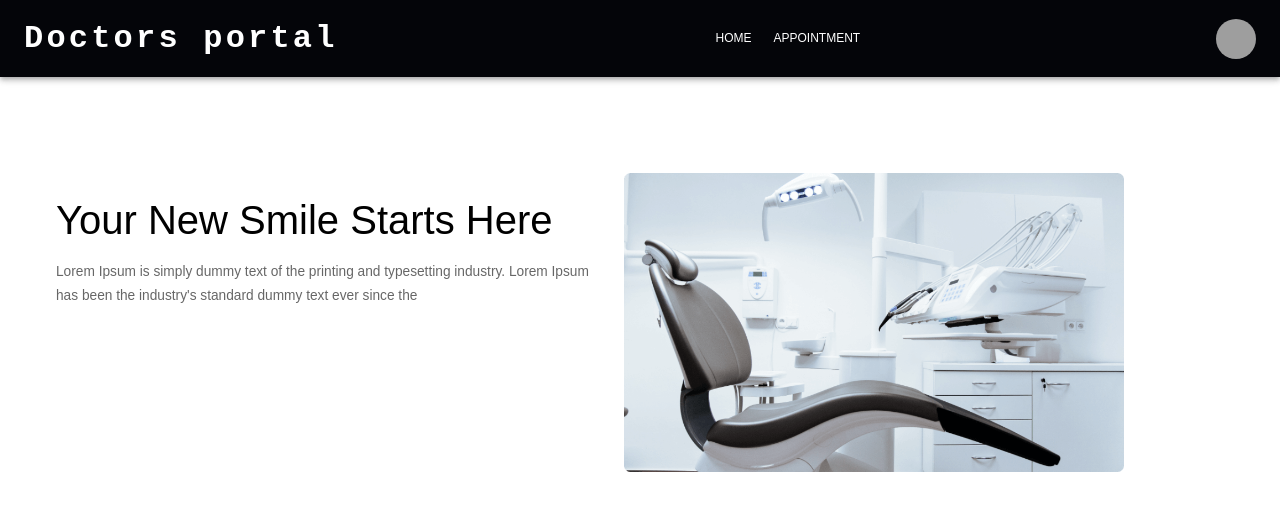
Repository: mdrubel02/health-care
Page: /
An editor plug-in stored every save of this project. The page is shown before and after the next save, followed by the edit.
The browser window is 1280 px wide. The pictures show the whole page.
Pictures or frames that could not be fetched are drawn as grey boxes. The project was rebuilt for these pictures with package versions that can differ from the ones it lists, and the page was loaded fresh each time. Also part of the build but not shown: src/Pages/Appointment/Appointment.js.

Above is the page before, as saved 2022-11-15 10:37:03.

### src/index.js
import React from 'react';
import ReactDOM from 'react-dom';
import './index.css';
import App from './App';
import reportWebVitals from './reportWebVitals';
import { ColorContextProvider } from './Theme/Theme';

ReactDOM.render(
  <React.StrictMode>
    <ColorContextProvider>
      <App />
    </ColorContextProvider>
  </React.StrictMode>,
  document.getElementById('root')
);

// If you want to start measuring performance in your app, pass a function
// to log results (for example: reportWebVitals(console.log))
// or send to an analytics endpoint. Learn more: https://bit.ly/CRA-vitals
reportWebVitals();

### src/App.js
import { RouterProvider } from 'react-router-dom';
import router from './Layout/router';

function App() {
  return (
    <div>
     <RouterProvider router={router}></RouterProvider>
    </div>
  );
}

export default App;

### src/Theme/Theme.js
import { createTheme, ThemeProvider } from "@mui/material";
import { createContext, useMemo, useState } from "react";

// color design tokens export
export const DrawerWidth = 250;
export const tokens = (mode) => ({
    ...(mode === "dark"
        ? {
            grey: {
                100: "#e0e0e0",
                200: "#c2c2c2",
                300: "#a3a3a3",
                400: "#858585",
                500: "#666666",
                600: "#525252",
                700: "#3d3d3d",
                800: "#292929",
                900: "#141414",
            },
            primary: {
                100: "#d0d1d5",
                200: "#a1a4ab",
                300: "#727681",
                400: "#1F2A40",
                500: "#141b2d",
                600: "#101624",
                700: "#0c101b",
                800: "#080b12",
                900: "#040509",
            },
            greenAccent: {
                100: "#dbf5ee",
                200: "#b7ebde",
                300: "#94e2cd",
                400: "#70d8bd",
                500: "#4cceac",
                600: "#3da58a",
                700: "#2e7c67",
                800: "#1e5245",
                900: "#0f2922",
            },
            redAccent: {
                100: "#f8dcdb",
                200: "#f1b9b7",
                300: "#e99592",
                400: "#e2726e",
                500: "#db4f4a",
                600: "#af3f3b",
                700: "#832f2c",
                800: "#58201e",
                900: "#2c100f",
            },
            blueAccent: {
                100: "#e1e2fe",
                200: "#c3c6fd",
                300: "#a4a9fc",
                400: "#868dfb",
                500: "#6870fa",
                600: "#535ac8",
                700: "#3e4396",
                800: "#2a2d64",
                900: "#151632",
            },
        }
        : {
            grey: {
                100: "#141414",
                200: "#292929",
                300: "#3d3d3d",
                400: "#525252",
                500: "#666666",
                600: "#858585",
                700: "#a3a3a3",
                800: "#c2c2c2",
                900: "#e0e0e0",
            },
            primary: {
                100: "#040509",
                200: "#080b12",
                300: "#0c101b",
                400: "#f2f0f0", // manually changed
                500: "#141b2d",
                600: "#1F2A40",
                700: "#727681",
                800: "#a1a4ab",
                900: "#d0d1d5",
            },
            greenAccent: {
                100: "#0f2922",
                200: "#1e5245",
                300: "#2e7c67",
                400: "#3da58a",
                500: "#4cceac",
                600: "#70d8bd",
                700: "#94e2cd",
                800: "#b7ebde",
                900: "#dbf5ee",
            },
            redAccent: {
                100: "#2c100f",
                200: "#58201e",
                300: "#832f2c",
                400: "#af3f3b",
                500: "#db4f4a",
                600: "#e2726e",
                700: "#e99592",
                800: "#f1b9b7",
                900: "#f8dcdb",
            },
            blueAccent: {
                100: "#151632",
                200: "#2a2d64",
                300: "#3e4396",
                400: "#535ac8",
                500: "#6870fa",
                600: "#868dfb",
                700: "#a4a9fc",
                800: "#c3c6fd",
                900: "#e1e2fe",
            },
        }),
});

// mui theme settings
export const themeSettings = (mode) => {
    const colors = tokens(mode);
    return {
        palette: {
            mode: mode,
            ...(mode === "dark"
                ? {
                    // palette values for dark mode
                    primary: {
                        main: colors.primary[500],
                    },
                    secondary: {
                        main: colors.greenAccent[500],
                    },
                    neutral: {
                        dark: colors.grey[700],
                        main: colors.grey[500],
                        light: colors.grey[100],
                    },
                    background: {
                        default: colors.primary[500],
                    },
                }
                : {
                    // palette values for light mode
                    primary: {
                        main: colors.primary[100],
                    },
                    secondary: {
                        main: colors.greenAccent[500],
                    },
                    neutral: {
                        dark: colors.grey[700],
                        main: colors.grey[500],
                        light: colors.grey[100],
                    },
                    background: {
                        default: "#fcfcfc",
                    },
                }),
        },
        components: {

            MuiButton: {
                defaultProps: {
                    disableRipple: true,
                    disableElevation: true,
                    styleOverrides: {
                        textDecoration: 'none',
                        "&:hover": {
                            color: "#fff"
                        }
                    },
                },
                MuiTooltip: {
                    defaultProps: {
                      arrow: true,
                    },
                    styleOverrides: {
                      tooltip: {
                        background: '',
                      },
                      arrow: {
                        color: '',
                      },
                    },
                  },
            },
            MuiDrawer: {
                styleOverrides: {
                  paper: {
                    width: DrawerWidth,
                    background: '',
                    color: '',
                    borderRadius: '0px 100px 0px 0px',
                    borderRight: `1px solid `
                  }
                }
              },
              MuiDivider: {
                styleOverrides: {
                  root: {
                    borderColor: 'gray'
                  }
                }
              },
        },
        typography: {
            fontFamily: ["Source Sans Pro", "sans-serif"].join(","),
            fontSize: 12,
            h1: {
                fontFamily: ["Source Sans Pro", "sans-serif"].join(","),
                fontSize: 40,
            },
            h2: {
                fontFamily: ["Source Sans Pro", "sans-serif"].join(","),
                fontSize: 32,
            },
            h3: {
                fontSize: '1.3rem',
                letterSpacing: '0rem',
                '@media (min-width:600px)': {
                  fontSize: '2rem',
                },
            },
            h4: {
                fontFamily: ["Source Sans Pro", "sans-serif"].join(","),
                fontSize: 20,
            },
            h5: {
                fontFamily: ["Source Sans Pro", "sans-serif"].join(","),
                fontSize: 16,
            },
            h6: {
                fontFamily: ["Source Sans Pro", "sans-serif"].join(","),
                fontSize: 14,
            },
        },
    };
};

export const ColorModeContext = createContext({
    toggleMode: () => { },
    mode: "light"
})


export const ColorContextProvider = ({ children }) => {
    const [mode, setMode] = useState("light")

    const colorMode = useMemo(() => ({
        toggleMode: () => setMode(prevMode => prevMode === "light" ? "dark" : "light"),
        mode
    }), [mode])
    const theme = useMemo(() => createTheme(themeSettings(mode)), [mode]);

    return (
        <ColorModeContext.Provider value={colorMode}>
            <ThemeProvider theme={theme}>
                {children}
            </ThemeProvider>
        </ColorModeContext.Provider>
    )
}

### src/Layout/router.js
import { createBrowserRouter } from "react-router-dom";
import Appointment from "../Pages/Appointment/Appointment";
import Home from "../Pages/Home/Home";
import Main from "./Main";


const router = createBrowserRouter([{
    path: '/',
    element: <Main/>,
    children: [
        {path: '/',element: <Home/>},
        {path: '/home',element: <Home/>},
        {path: '/appointment',element: <Appointment/>},
    ]
}])
export default router;

### src/Pages/Home/Home.js
import { Container } from '@mui/material';
import React from 'react';
import Banner from './Banner/Banner';

const Home = () => {
    return (
        <Container>
           <Banner />
        </Container>
    );
};

export default Home;

### src/Layout/Main.js
import React from 'react';
import { Outlet } from 'react-router-dom';
import Header from '../Pages/Header/Header';

const Main = () => {
    return (
        <div>
           <Header/>
           <Outlet/>

        </div>
    );
};

export default Main;

### src/Pages/Home/Banner/Banner.js
import React from 'react';
import { Box, CardContent, CardMedia, Grid, Typography } from '@mui/material';
import chair from '../../../assets/images/chair.png'

const Banner = () => {
    return (
        <Box sx={{  marginTop: '8rem', marginBottom: '3rem' }}>
            <Grid sx={{ flexGrow: 2}} container spacing={4}  >
                <Grid xs={12} md={12} lg={6}>
                    <Box sx={{ padding: '.5rem' }}>
                        <CardContent sx={{ flex: '1 0 auto' }}>
                            <Typography component="div" variant="h1" marginBottom='1rem'>
                                Your New Smile Starts Here
                            </Typography>
                            <Typography variant="subtitle1" color="text.secondary" component="p" sx={{marginBottom: '1rem'}}>
                                Lorem Ipsum is simply dummy text of the printing and typesetting industry. Lorem Ipsum has been the industry's standard dummy text ever since the
                            </Typography>
                        </CardContent>

                    </Box>
                </Grid>
                <Grid xs={6} md={12} lg={6}>
                    <CardMedia
                        component="img"
                        sx={{ width: 500 }}
                        image={chair}
                        alt="Live from space album cover"
                    />
                </Grid>
            </Grid>
        </Box>
    );
};

export default Banner;

### src/Pages/Header/Header.js
import { AppBar, Avatar, Box, Button, Container, IconButton, Menu, MenuItem, Toolbar, Tooltip, Typography, useTheme } from '@mui/material';
import AdbIcon from '@mui/icons-material/Adb';
import MenuIcon from '@mui/icons-material/Menu';
import { Link as RouterLink } from 'react-router-dom';
import React, { useState } from 'react';
import { tokens } from '../../Theme/Theme';
// import { Link } from 'react-router-dom';
import './Header.css'


const settings = ['Profile', 'Account', 'Dashboard', 'Logout'];

const Header = () => {
    const theme = useTheme();
    const colors = tokens(theme.palette.mode);
    const [anchorElNav, setAnchorElNav] = useState(null);
    const [anchorElUser, setAnchorElUser] = useState(null);

    const items = <React.Fragment>
        <Button sx={{ color: 'white' }} component={RouterLink} to="/home">Home</Button>
        <Button sx={{ color: 'white' }} component={RouterLink} to="/appointment">Appointment</Button>
    </React.Fragment>

    const handleOpenNavMenu = (event) => {
        setAnchorElNav(event.currentTarget);
    };
    const handleOpenUserMenu = (event) => {
        setAnchorElUser(event.currentTarget);
    };

    const handleCloseNavMenu = () => {
        setAnchorElNav(null);
    };

    const handleCloseUserMenu = () => {
        setAnchorElUser(null);
    };
    return (
        <AppBar position="static">
            <Container maxWidth="xl">
                <Toolbar disableGutters>

                    <Typography
                        variant="h3"
                        noWrap
                        component="a"
                        href="/"
                        sx={{
                            mr: 2,
                            display: { xs: 'none', md: 'flex' },
                            fontFamily: 'monospace',
                            fontWeight: 700,
                            letterSpacing: '.2rem',
                            color: 'inherit',
                            textDecoration: 'none',
                        }}
                    >
                        Doctors portal
                    </Typography>

                    <Box className='middle' sx={{ flexGrow: 1, display: { xs: 'flex' ,  md: 'none' },justifyContent: 'center' }}>
                        <IconButton
                            size="large"
                            aria-label="account of current user"
                            aria-controls="menu-appbar"
                            aria-haspopup="true"
                            onClick={handleOpenNavMenu}
                            color="inherit"
                        >
                            <MenuIcon />
                        </IconButton>
                        <Menu
                            id="menu-appbar"
                            anchorEl={anchorElNav}
                            anchorOrigin={{
                                vertical: 'bottom',
                                horizontal: 'left',
                            }}
                            keepMounted
                            transformOrigin={{
                                vertical: 'top',
                                horizontal: 'left',
                            }}
                            open={Boolean(anchorElNav)}
                            onClose={handleCloseNavMenu}
                            sx={{
                                display: { xs: 'block', md: 'none' },
                            }}
                        >

                            <MenuItem onClick={handleCloseNavMenu}>
                                <Typography variant="h5" sx={{ color: 'withe' }} textAlign="center">{items}</Typography>
                            </MenuItem>

                        </Menu>
                    </Box>

                    <Typography
                        variant="h3"
                        noWrap
                        component="a"
                        href=""
                        sx={{
                            mr: 2,
                            display: { xs: 'flex', md: 'none' },
                            flexGrow: 1,
                            fontFamily: 'monospace',
                            fontWeight: 700,
                            letterSpacing: '.3rem',
                            color: 'inherit',
                            textDecoration: 'none',
                        }}
                    >
                        Doctors portal
                    </Typography>
                    <Box sx={{ flexGrow: 1, display: { xs: 'none', md: 'flex' } }}>

                        <Button

                            onClick={handleCloseNavMenu}
                            sx={{ color: `${colors.grey[400]} !important`, my: 2, display: 'block' }}
                        >
                            {items}
                        </Button>

                    </Box>

                    <Box sx={{ flexGrow: 0 }}>
                        <Tooltip title="Open settings">
                            <IconButton onClick={handleOpenUserMenu} sx={{ p: 0 }}>
                                <Avatar alt="Remy Sharp" src="/static/images/avatar/2.jpg" />
                            </IconButton>
                        </Tooltip>
                        <Menu
                            sx={{ mt: '45px' }}
                            id="menu-appbar"
                            anchorEl={anchorElUser}
                            anchorOrigin={{
                                vertical: 'top',
                                horizontal: 'right',
                            }}
                            keepMounted
                            transformOrigin={{
                                vertical: 'top',
                                horizontal: 'right',
                            }}
                            open={Boolean(anchorElUser)}
                            onClose={handleCloseUserMenu}
                        >
                            {settings.map((setting) => (
                                <MenuItem key={setting} onClick={handleCloseUserMenu}>
                                    <Typography textAlign="center">{setting}</Typography>
                                </MenuItem>
                            ))}
                        </Menu>
                    </Box>
                </Toolbar>
            </Container>
        </AppBar>
    );
};

export default Header;

### src/Pages/Header/Header.css
.lip{
    color: white;
}
.css-1t6c9ts{
    justify-content: center;
}

Loaded but not shown: public/index.html (common file); src/index.css (common file); src/reportWebVitals.js (common file)

After the next save:
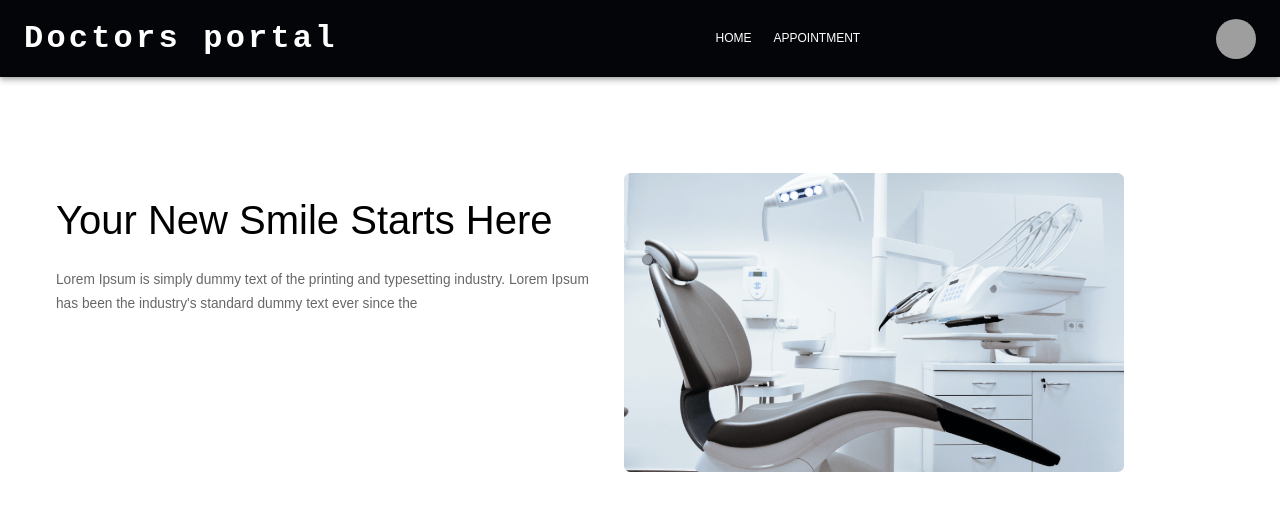
Saved 13 s later.
--- a/src/Pages/Home/Banner/Banner.js
+++ b/src/Pages/Home/Banner/Banner.js
@@ -9,7 +9,7 @@ const Banner = () => {
                 <Grid xs={12} md={12} lg={6}>
                     <Box sx={{ padding: '.5rem' }}>
                         <CardContent sx={{ flex: '1 0 auto' }}>
-                            <Typography component="div" variant="h1" marginBottom='1rem'>
+                            <Typography component="div" variant="h1" marginBottom='1.5rem'>
                                 Your New Smile Starts Here
                             </Typography>
                             <Typography variant="subtitle1" color="text.secondary" component="p" sx={{marginBottom: '1rem'}}>
